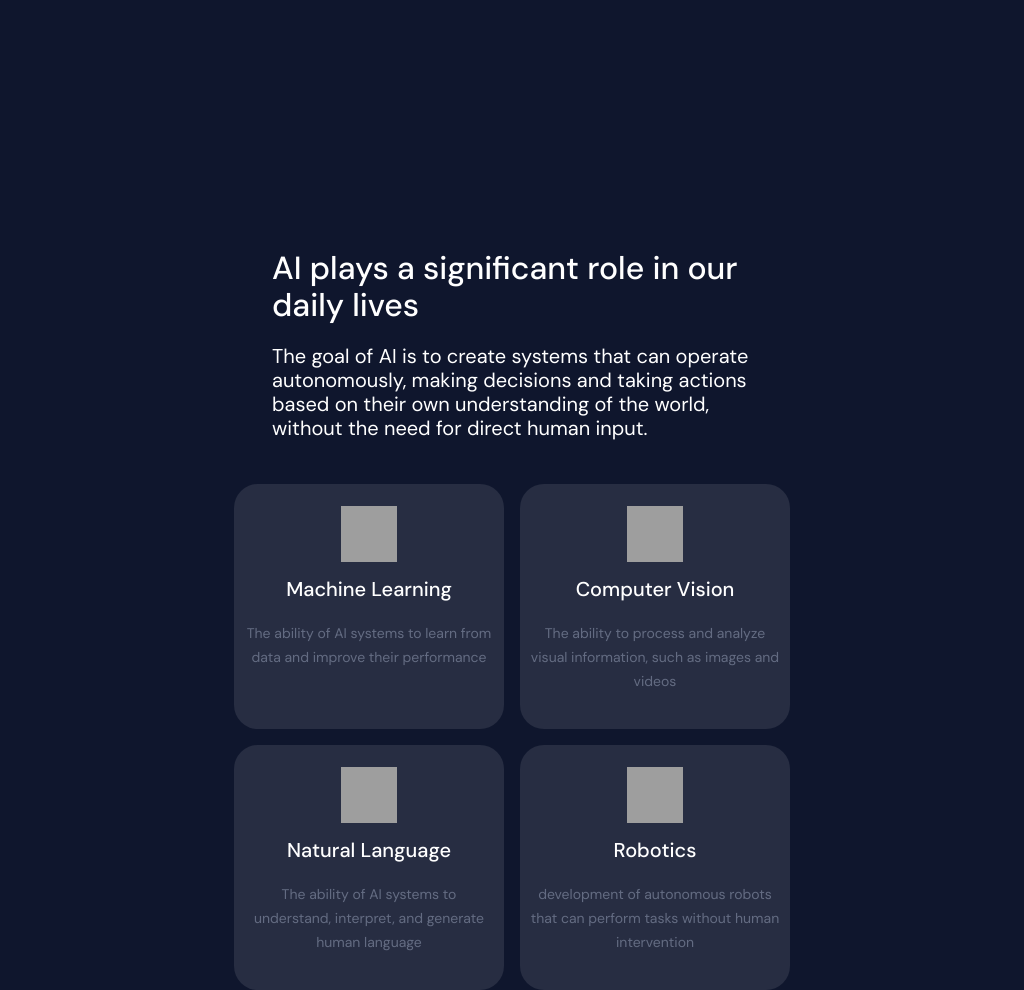
Repository: guli95/four-areas-of-AI-INVO-ACAdemy
Page: /
These files come from the project's save history. The page is drawn as it stood at one moment and after the next save; the edit follows.
The browser window is 1024 px wide. The pictures show the whole page.
Pictures or frames that could not be fetched are drawn as grey boxes. The project was rebuilt for these pictures with package versions that can differ from the ones it lists, and the page was loaded fresh each time.

Above is the page before, as saved 2023-03-13 15:54:28.

### index.html
<!DOCTYPE html>
<html lang="en">

<head>
  <meta charset="UTF-8" />
  <link rel="icon" type="image/svg+xml" href="/vite.svg" />
  <meta name="viewport" content="width=device-width, initial-scale=1.0" />
  <title>Four AI areas</title>
</head>

<!-- In order to start your challenge, remove all the content inside <div id="home-page"></div> and start coding :) -->

<body>
  <div id="home-page">
    <div class="flexbox-container">
      <div class="heading-wrapper">
        <h1 class="heading-title">AI plays a significant role in our daily lives</h1>
        <p class="heading-text">The goal of AI is to create systems that can operate autonomously, making decisions and taking actions based on their own understanding of the world, without the need for direct human input.</p>
      </div>
      <div class="card-container">
        <a href="" class="card-link">
        <div class="card">
          <img src="./public/images/card-icon1.png" alt="" class="card-img" role="presentation">
          <h3 class="card-title">Machine Learning</h3>
          <p class="card-text">The ability of AI systems to learn from data and improve their performance</p>
        </div>
        </a>
        <a href="" class="card-link">
        <div class="card">
          <img src="./public/images/card-icon2.png" alt="" class="card-img" role="presentation">
          <h3 class="card-title">Computer Vision</h3>
          <p class="card-text">The ability to process and analyze visual information, such as images and videos</p>
        </div>
        </a>
        <a href="" class="card-link">
        <div class="card">
          <img src="./public/images/card-icon3.png" alt="" class="card-img" role="presentation">
          <h3 class="card-title">Natural Language</h3>
          <p class="card-text">The ability of AI systems to understand, interpret, and generate human language</p>
        </div>
        </a>
        <a href="" class="card-link">
        <div class="card">
          <img src="./public/images/card-icon4.png" alt="" class="card-img" role="presentation">
          <h3 class="card-title">Robotics</h3>
          <p class="card-text">development of autonomous robots that can perform tasks without human intervention</p>
        </div>
        </a>
      </div>
    </div>
  </div>

  <script type="module" src="/src/global-scripts/main.js"></script>
</body>

</html>

### src/global-scripts/main.js
/// Main JavaScript File
/// Here we import all the global JavaScript files we need for our project.

import "../global-styles/style.scss";
import "../../src/pages/home-page/styles/home-page.scss";

### src/global-styles/style.scss
/// Main Styles File
/// Here we import all the global Styles files we need for our project.

@import "styles/normalize.scss";
@import "styles/root.scss";
@import "styles/fonts.scss";

body {
  font-family: 'DS sans', sans-serif;
  color: var(--color-primary);
}

p {
  color: var(--color-on-surface);
}

### src/pages/home-page/styles/home-page.scss
/// Homepage Styles File
/// Here we import all the Styles files we need for our Homepage.
@import '../../../global-styles/styles/_root.scss';

#home-page{
    color: var(--color-white);
    font-family: 'DM Sans',sans-serif;
    height: 100%;

 .flexbox-container{
    max-width: 1440px;
    padding: 0 20px;
    display: flex;
    justify-content: center;
    margin: 160px auto 0 auto;
    gap: 0px;
    @media screen and (max-width:1191px) {
        flex-direction:column;
        align-items: center;
        margin-top: 250px;
        gap:24px;
    }
    @media screen and (max-width:480px) {
        padding: 48px 16px;
    }
    .heading-wrapper{
        font-family: "DM Sans", sans-serif;
        text-align: left ;
        vertical-align: top;
        max-width: 480px;
        padding-left: 30px;
        padding-right: 60px;
        @media screen and (max-width:1024px) {
            width: 100%;
            padding: 0 16px;
        }
        .heading-title{
            font-size: var(--text-xl);
            font-weight: 500;
            line-height: 115%;
            letter-spacing: 0.2%;
            margin: 0 0 24px 0;
            @media screen and (max-width:1024px) {
                margin-bottom: 16px;
            }
            @media screen and (max-width:1024px) {
                font-size: var(--text-l);
            }
        }
        .heading-text{
            font-size: var(--text-m);
            line-height: 24px;
            font-weight: 300;

        }
        @media screen and (max-width:480px) {
            font-size: var(--text-s);
        }
    }
    .card-container{
        display: flex;
        justify-content: center;
        flex-wrap: wrap;
        gap: 24px;
        max-width: 620px;
        @media screen and (max-width:1024px) {
            width: 100%;
            gap:16px;
        }
        .card-link{
            display: flex;
            color: var(--color-white);
            text-decoration: none;
            flex-direction: column;
            // justify-content: space-evenly;
            align-items: center;
            max-width: 240px;
            max-width: 250px;
            min-height: 200px;
            padding: 22px 10px;
            background-color:var(--color-secondary-grey);
            text-align: center;
            border-radius: var(--rounding-big);
            transition: .2s;
            &:hover{
                background-color: lighten($color: #272D42, $amount: 10) ;
            }
            @media screen and (max-width:480px) {
                width: 100%;
                min-height:auto;
            }
            .card-img{
                width: 64px;
                height: 64px;
                @media screen and (max-width:1024px) {
                    width: 56px;
                    height: 56px;
                }
            }
            .card-title{
                font-size: var(--text-m);
                font-weight: 500;
                margin-top: 12px;
            }
            .card-text{
                font-size: var(--text-s);
                mix-blend-mode:soft-light;
                line-height: 24px;
                @media screen and (max-width:1024px) {
                    font-size: var(--text-xs);
                }
            }
        }

    }
}

}

### src/global-styles/styles/normalize.scss
/*! normalize.css v8.0.1 | MIT License | github.com/necolas/normalize.css */

/* Document
   ========================================================================== */

/**
 * 1. Correct the line height in all browsers.
 * 2. Prevent adjustments of font size after orientation changes in iOS.
 */

html {
  line-height: 1.15; /* 1 */
  -webkit-text-size-adjust: 100%; /* 2 */
  background-color: var(--color-primary-dark-blue);
}

/* Sections
   ========================================================================== */

/**
 * Remove the margin in all browsers.
 */

body {
  margin: 0;
}

/**
 * Render the `main` element consistently in IE.
 */

main {
  display: block;
}

/**
 * Correct the font size and margin on `h1` elements within `section` and
 * `article` contexts in Chrome, Firefox, and Safari.
 */

h1 {
  font-size: 2em;
  margin: 0.67em 0;
}

/* Grouping content
   ========================================================================== */

/**
 * 1. Add the correct box sizing in Firefox.
 * 2. Show the overflow in Edge and IE.
 */

hr {
  box-sizing: content-box; /* 1 */
  height: 0; /* 1 */
  overflow: visible; /* 2 */
}

/**
 * 1. Correct the inheritance and scaling of font size in all browsers.
 * 2. Correct the odd `em` font sizing in all browsers.
 */

pre {
  font-family: monospace, monospace; /* 1 */
  font-size: 1em; /* 2 */
}

/* Text-level semantics
   ========================================================================== */

/**
 * Remove the gray background on active links in IE 10.
 */

a {
  background-color: transparent;
}

/**
 * 1. Remove the bottom border in Chrome 57-
 * 2. Add the correct text decoration in Chrome, Edge, IE, Opera, and Safari.
 */

abbr[title] {
  border-bottom: none; /* 1 */
  text-decoration: underline; /* 2 */
  text-decoration: underline dotted; /* 2 */
}

/**
 * Add the correct font weight in Chrome, Edge, and Safari.
 */

b,
strong {
  font-weight: bolder;
}

/**
 * 1. Correct the inheritance and scaling of font size in all browsers.
 * 2. Correct the odd `em` font sizing in all browsers.
 */

code,
kbd,
samp {
  font-family: monospace, monospace; /* 1 */
  font-size: 1em; /* 2 */
}

/**
 * Add the correct font size in all browsers.
 */

small {
  font-size: 80%;
}

/**
 * Prevent `sub` and `sup` elements from affecting the line height in
 * all browsers.
 */

sub,
sup {
  font-size: 75%;
  line-height: 0;
  position: relative;
  vertical-align: baseline;
}

sub {
  bottom: -0.25em;
}

sup {
  top: -0.5em;
}

/* Embedded content
   ========================================================================== */

/**
 * Remove the border on images inside links in IE 10.
 */

img {
  border-style: none;
}

/* Forms
   ========================================================================== */

/**
 * 1. Change the font styles in all browsers.
 * 2. Remove the margin in Firefox and Safari.
 */

button,
input,
optgroup,
select,
textarea {
  font-family: inherit; /* 1 */
  font-size: 100%; /* 1 */
  line-height: 1.15; /* 1 */
  margin: 0; /* 2 */
}

/**
 * Show the overflow in IE.
 * 1. Show the overflow in Edge.
 */

button,
input { /* 1 */
  overflow: visible;
}

/**
 * Remove the inheritance of text transform in Edge, Firefox, and IE.
 * 1. Remove the inheritance of text transform in Firefox.
 */

button,
select { /* 1 */
  text-transform: none;
}

/**
 * Correct the inability to style clickable types in iOS and Safari.
 */

button,
[type="button"],
[type="reset"],
[type="submit"] {
  -webkit-appearance: button;
}

/**
 * Remove the inner border and padding in Firefox.
 */

button::-moz-focus-inner,
[type="button"]::-moz-focus-inner,
[type="reset"]::-moz-focus-inner,
[type="submit"]::-moz-focus-inner {
  border-style: none;
  padding: 0;
}

/**
 * Restore the focus styles unset by the previous rule.
 */

button:-moz-focusring,
[type="button"]:-moz-focusring,
[type="reset"]:-moz-focusring,
[type="submit"]:-moz-focusring {
  outline: 1px dotted ButtonText;
}

/**
 * Correct the padding in Firefox.
 */

fieldset {
  padding: 0.35em 0.75em 0.625em;
}

/**
 * 1. Correct the text wrapping in Edge and IE.
 * 2. Correct the color inheritance from `fieldset` elements in IE.
 * 3. Remove the padding so developers are not caught out when they zero out
 *    `fieldset` elements in all browsers.
 */

legend {
  box-sizing: border-box; /* 1 */
  color: inherit; /* 2 */
  display: table; /* 1 */
  max-width: 100%; /* 1 */
  padding: 0; /* 3 */
  white-space: normal; /* 1 */
}

/**
 * Add the correct vertical alignment in Chrome, Firefox, and Opera.
 */

progress {
  vertical-align: baseline;
}

/**
 * Remove the default vertical scrollbar in IE 10+.
 */

textarea {
  overflow: auto;
}

/**
 * 1. Add the correct box sizing in IE 10.
 * 2. Remove the padding in IE 10.
 */

[type="checkbox"],
[type="radio"] {
  box-sizing: border-box; /* 1 */
  padding: 0; /* 2 */
}

/**
 * Correct the cursor style of increment and decrement buttons in Chrome.
 */

[type="number"]::-webkit-inner-spin-button,
[type="number"]::-webkit-outer-spin-button {
  height: auto;
}

/**
 * 1. Correct the odd appearance in Chrome and Safari.
 * 2. Correct the outline style in Safari.
 */

[type="search"] {
  -webkit-appearance: textfield; /* 1 */
  outline-offset: -2px; /* 2 */
}

/**
 * Remove the inner padding in Chrome and Safari on macOS.
 */

[type="search"]::-webkit-search-decoration {
  -webkit-appearance: none;
}

/**
 * 1. Correct the inability to style clickable types in iOS and Safari.
 * 2. Change font properties to `inherit` in Safari.
 */

::-webkit-file-upload-button {
  -webkit-appearance: button; /* 1 */
  font: inherit; /* 2 */
}

/* Interactive
   ========================================================================== */

/*
 * Add the correct display in Edge, IE 10+, and Firefox.
 */

details {
  display: block;
}

/*
 * Add the correct display in all browsers.
 */

summary {
  display: list-item;
}

/* Misc
   ========================================================================== */

/**
 * Add the correct display in IE 10+.
 */

template {
  display: none;
}

/**
 * Add the correct display in IE 10.
 */

[hidden] {
  display: none;
}

### src/global-styles/styles/root.scss
/// Root Styles file
/// Here we define all the root variables we need for our project.
/// For examples see Material Design color system: https://m2.material.io/design/color/the-color-system.html

:root {
    $--color-primary-dark-blue: #0F162D !global;
    --color-primary-pink: #CA59FF;
    --color-primary-purple: #6C7CFF;
    --color-primary-green: #2AFFFF;
    --color-primary-yellow: #FFF629;
    --color-white: #FFFFFF;
    --color-black: #000;
    --color-secondary-grey:#272D42;

}

### src/global-styles/styles/fonts.scss
/// Main Fonts File
/// Here we import all the fonts files we need for our project.

@import url('https://fonts.googleapis.com/css2?family=Roboto:ital,wght@0,100;0,300;0,400;0,500;0,700;0,900;1,100;1,300;1,400;1,500;1,700;1,900&display=swap');
@import url('https://fonts.googleapis.com/css2?family=DM+Sans:wght@400;500&display=swap');

### src/global-styles/styles/_root.scss
/// Root Styles file
/// Here we define all the root variables we need for our project.
/// For examples see Material Design color system: https://m2.material.io/design/color/the-color-system.html

:root {
    //colors
    --color-primary-dark-blue: #0F162D ;
    --color-primary-pink: #CA59FF;
    --color-primary-purple: #6C7CFF;
    --color-primary-green: #2AFFFF;
    --color-primary-yellow: #FFF629;
    --color-white: #FFFFFF;
    --color-black: #000;
    --color-secondary-grey:#272D42;

    //font-size
    --text-xl:48px;
    --text-l:32px;
    --text-m:20px;
    --text-s:16px;
    --text-xs:14px;

    //rounding
    --rounding-big:24px;
    --rounding-small:16px;
}

After the next save:
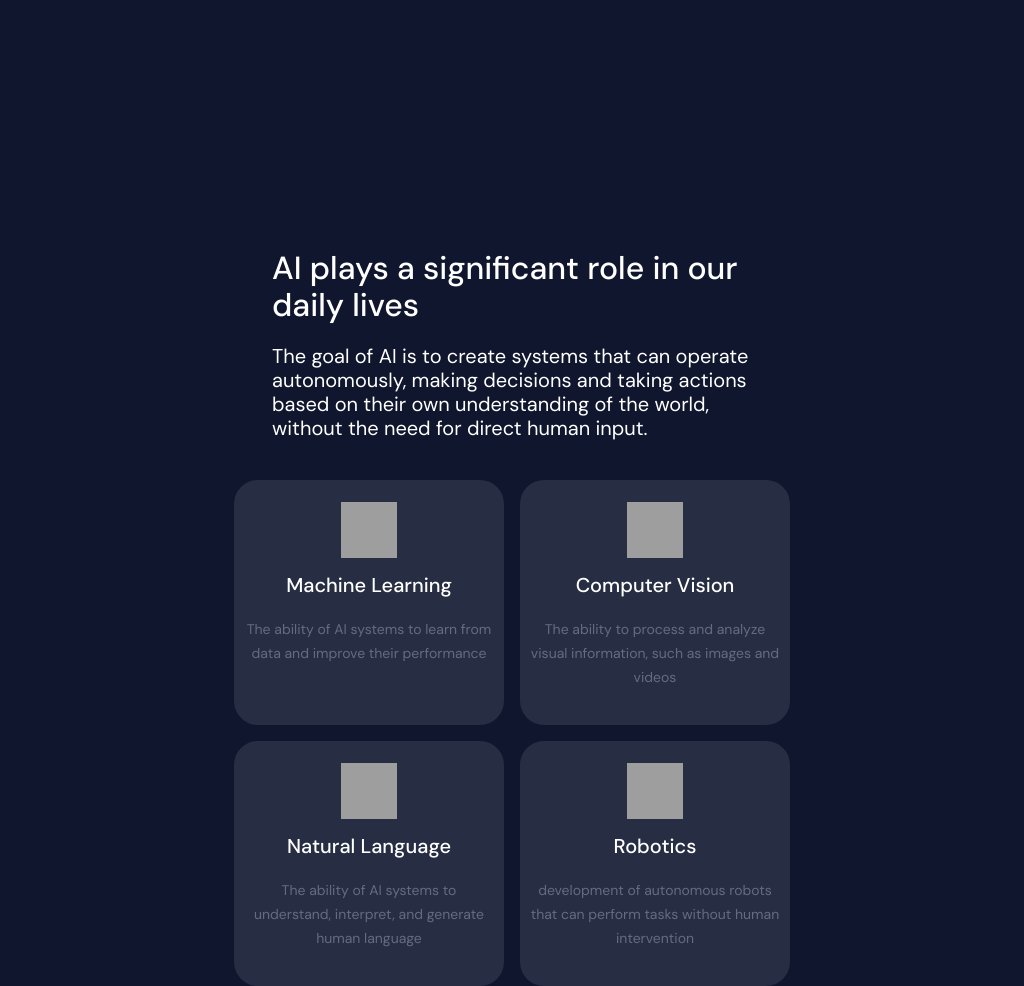
Saved 22 s later.
--- a/src/pages/home-page/styles/home-page.scss
+++ b/src/pages/home-page/styles/home-page.scss
@@ -18,7 +18,7 @@
         flex-direction:column;
         align-items: center;
         margin-top: 250px;
-        gap:24px;
+        gap:20px;
     }
     @media screen and (max-width:480px) {
         padding: 48px 16px;
